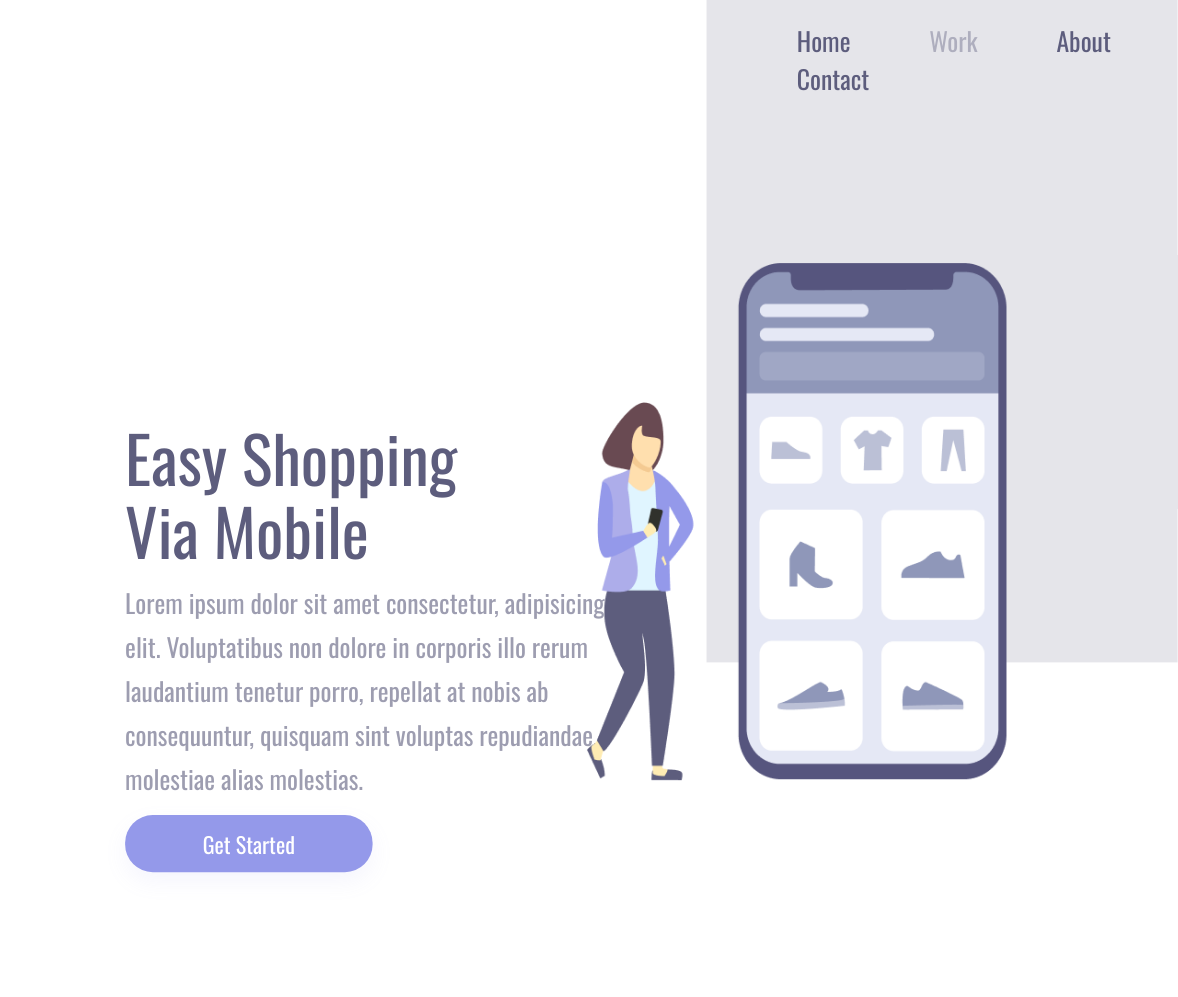
Repository: DihOliver/Projeto-Responsivo
Page: index.html
These files come from the project's save history. The page is drawn as it stood at one moment and after the next save; the edit follows.
The browser window is 1280 px wide. The pictures show the whole page, at 92% of full size.
Some web fonts or font styles are not loaded; a fallback is used.

Above is the page before, as saved 2023-06-26 14:58:08.

### index.html
<!DOCTYPE html>
<html lang="en">
  <head>
    <meta charset="UTF-8" />
    <meta http-equiv="X-UA-Compatible" content="IE=edge" />
    <meta name="viewport" content="width=device-width, initial-scale=1.0" />
    <link rel="stylesheet" href="./styles.css" />
    <link rel="preconnect" href="https://fonts.googleapis.com" />
    <link rel="preconnect" href="https://fonts.gstatic.com" crossorigin />
    <link
      href="https://fonts.googleapis.com/css2?family=Montserrat:ital,wght@0,500;0,600;0,700;0,900;1,400&family=Oswald&family=Poppins:wght@400;500;700&family=Roboto:wght@400;500;700&family=Tilt+Prism&display=swap"
      rel="stylesheet"
    />
    <title>Css - Responsividade</title>
  </head>
  <body>
    <div class="wrapper">
      <section class="container-left">
        <h1>Easy Shopping Via Mobile</h1>
        <p>
          Lorem ipsum dolor sit amet consectetur, adipisicing elit. Voluptatibus
          non dolore in corporis illo rerum laudantium tenetur porro, repellat
          at nobis ab consequuntur, quisquam sint voluptas repudiandae,
          molestiae alias molestias.
        </p>
        <button>Get Started</button>
      </section>
      <section class="container-rigth">
        <header>
          <a>Home</a>
          <a>Work</a>
          <a>About</a>
          <a>Contact</a>
        </header>
        <img alt="Girl=cellphone.png" src="./img/girl-cellphone.png" />
      </section>
    </div>
  </body>
</html>

### styles.css
*{
    margin: 0;
    padding: 0;
    box-sizing: border-box;
    font-family: 'Oswald', sans-serif;
    font-weight: 400;
}

.wrapper {
    height: 100vh;
    width: 100vw;

}

.container-left {
    display: inline-block;
    width: 60%;
    padding: 136px;
    margin-top: 25%;


}


.container-rigth {
    display: inline-block;
    background-color: rgba(93,93,125,0.16);
    height: 100vh;
    position: absolute;
    width: 540px;
    width: 40%;


}

img {
    position: relative;
    top: 25%;
    right: 130px;
}

h1 {
    font-weight: 0px;
    font-size: 70px;
    line-height: 80px;
    color: #5D5D7D;
    width: 368px;
    height: 160px;
    width: 368px;

}

p {
    font-size: 28px;
    line-height: 48px;
    color: #5D5D7D;
    opacity: 0.6;
    margin: 15px 0;
    width: 540px;

}

button {
    width: 269px;
    height: 62px;
    background: #9499EA;
    font-size: 24px;
    line-height: 36px;
    text-align: center;
    box-shadow: 0px 10px 24px rgba(148, 153, 234, 0.0979959);
    color: #FFFFFF;
    border: none;
    border-radius: 30px;
    cursor: pointer;
    }

    button:hover {
        opacity: .8;
    }

    button:active {
        opacity: .5;
    }

    a {
        font-size: 28px;
        line-height: 41px;
        color: #5D5D7D;
        margin: 41px;
        cursor: pointer;
    }

    a:nth-child(2) {
        opacity: 0.4;

    }

    a:hover {
        opacity: 0.4;
    }

    a:active {
        opacity: 0.8;
    }

    header {
        margin: 24px 0 0 57px;
    }

    @media screen and (max-width: 900px) {
        .container-left {
            width: 100%;
            height: 50%;
            padding: 0;
            margin: 0;
        }

        .container-rigth {
            display: block;
            height: auto;
            width: 100px;
            position: static;
            padding: 40px;
        }

        img {
            position: static;

        }

        header {
            display: none;
        }

        h1 {
            font-size:36px;
            line-height: 52px;
            width: auto;
            margin: 58px 50px 0 50px;
            text-align: center;

        }

        p {
            margin: 15px 40px;
            width: auto;
            text-align: center;
            font-size: 14px;
            line-height: 24px;
        }

        button {
            margin: 0 auto;
            display: block;
        }



    }

After the next save:
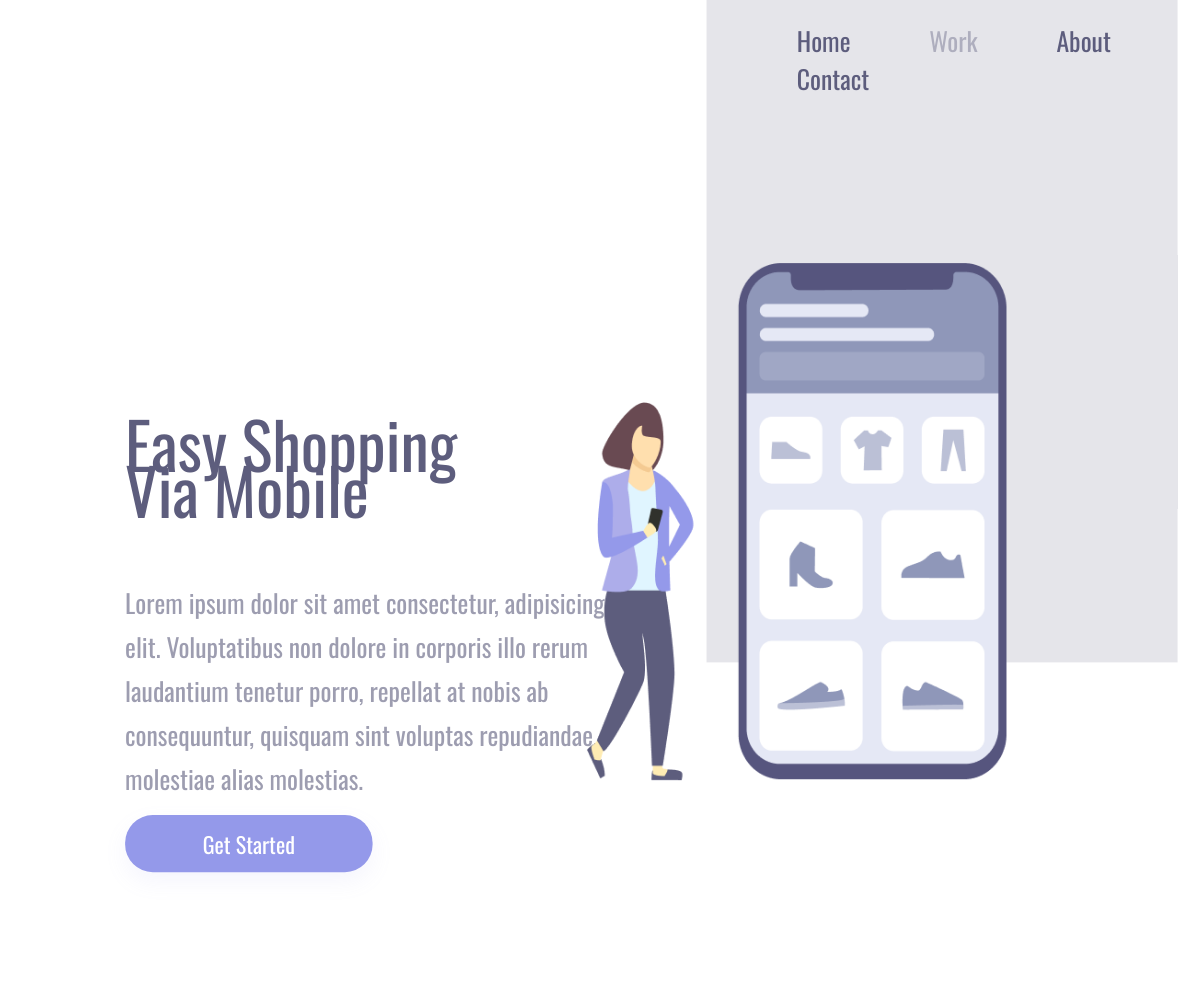
Saved 49 s later.
--- a/styles.css
+++ b/styles.css
@@ -42,7 +42,7 @@ img {
 h1 {
     font-weight: 0px;
     font-size: 70px;
-    line-height: 80px;
+    line-height: 50px;
     color: #5D5D7D;
     width: 368px;
     height: 160px;
